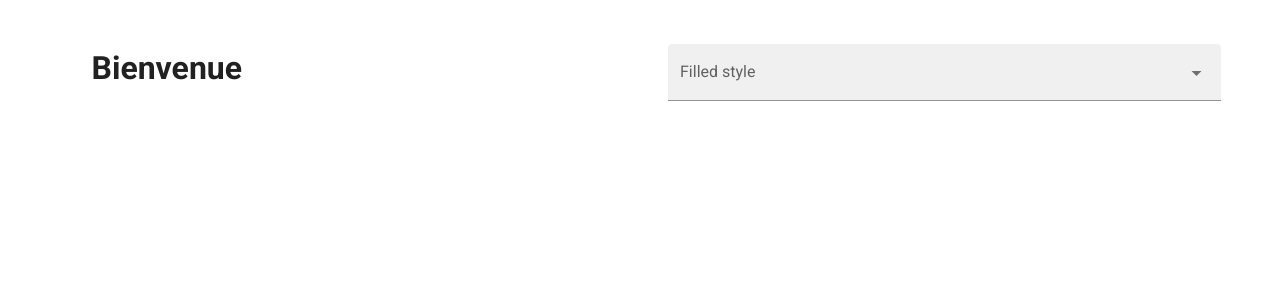
Repository: SidneyHodieb/myc
Page: /
An editor plug-in stored every save of this project. The page is shown before and after the next save, followed by the edit.
The browser window is 1280 px wide. The pictures show the whole page.
The project was rebuilt for these pictures with package versions that can differ from the ones it lists, and the page was loaded fresh each time. Also part of the build but not shown: vue.config.js.

Above is the page before, as saved 2021-04-01 23:02:06.

After the next save:
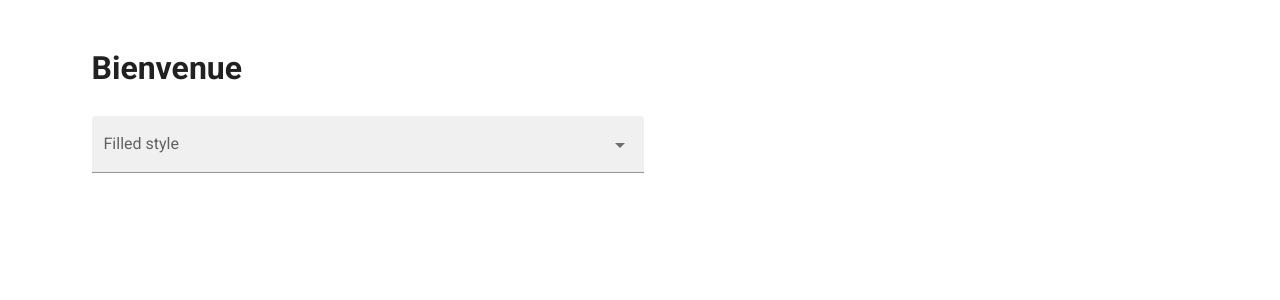
Saved 46 s later.
--- a/src/views/Home.vue
+++ b/src/views/Home.vue
@@ -1,7 +1,7 @@
 <template>
  <v-container>
     <v-row class="mt-5 ml-5">
-      <v-col><h1>Bienvenue</h1></v-col>
+      <v-col cols="12" sm="12"><h1>Bienvenue</h1></v-col>
        <v-col
         class="d-flex"
         cols="12"
